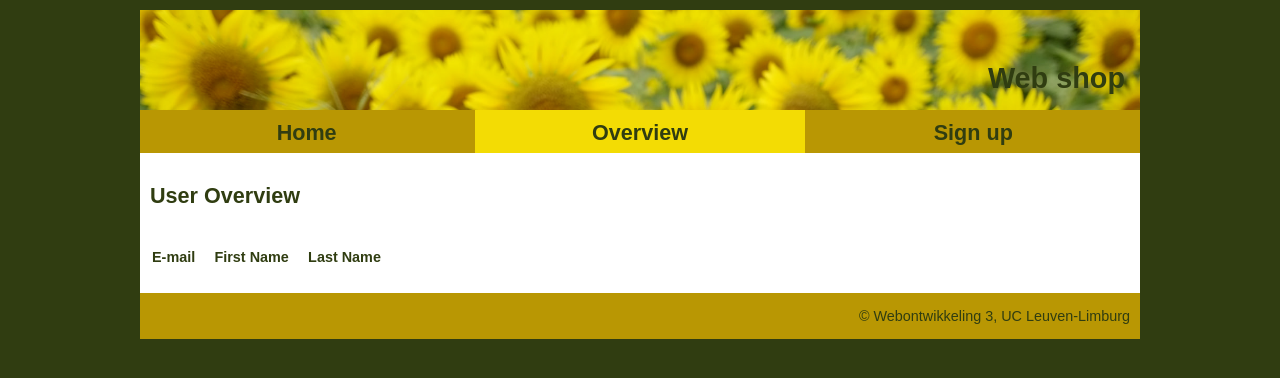
Repository: MarieVerdonck/Web-Shop---Exercises-WebDevelopment-3
Page: http://localhost/Web3_Lab1/personoverview.jsp
An editor plug-in stored every save of this project. The page is shown before and after the next save, followed by the edit.
The browser window is 1280 px wide. The pictures show the whole page.
The page is served by Tomcat 9. Nobody is signed in. The application's start-up code is not run. The template is opened directly, without the code that normally fills it, so the values that code supplies are empty.

Above is the page before, as saved 2017-10-01 02:27:33.

After the next save:
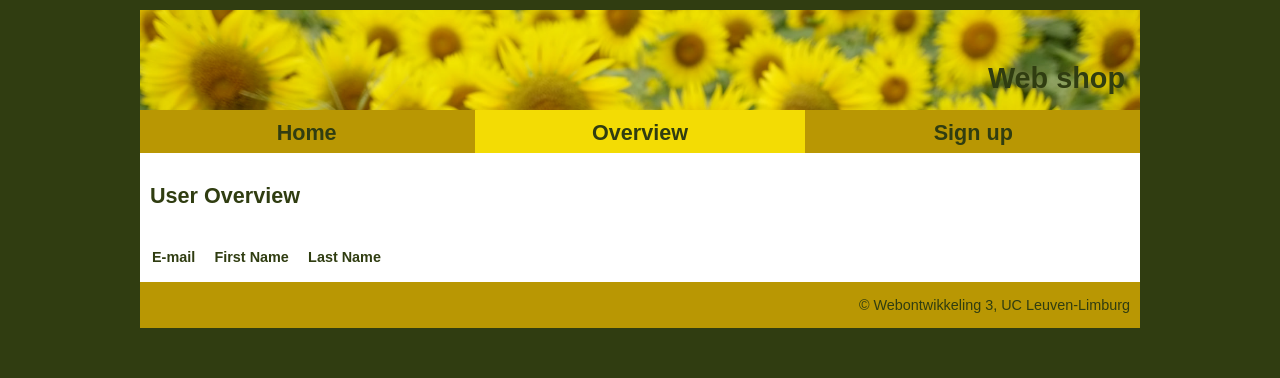
Saved 17 s later.
--- a/Web3_Lab1/WebContent/personoverview.jsp
+++ b/Web3_Lab1/WebContent/personoverview.jsp
@@ -17,11 +17,11 @@
 			<li><a href="Controller?action=signUp">Sign up</a></li>
 		</ul>
 	</nav>
-	<h2>
-	User Overview
-	</h2>
+	<h2>User Overview</h2>
 
-</header><main>
+</header>
+<%@taglib uri="http://java.sun.com/jsp/jstl/core" prefix="c" %>
+<main>
 <table>
 	<tr>
 		<th>E-mail</th>
